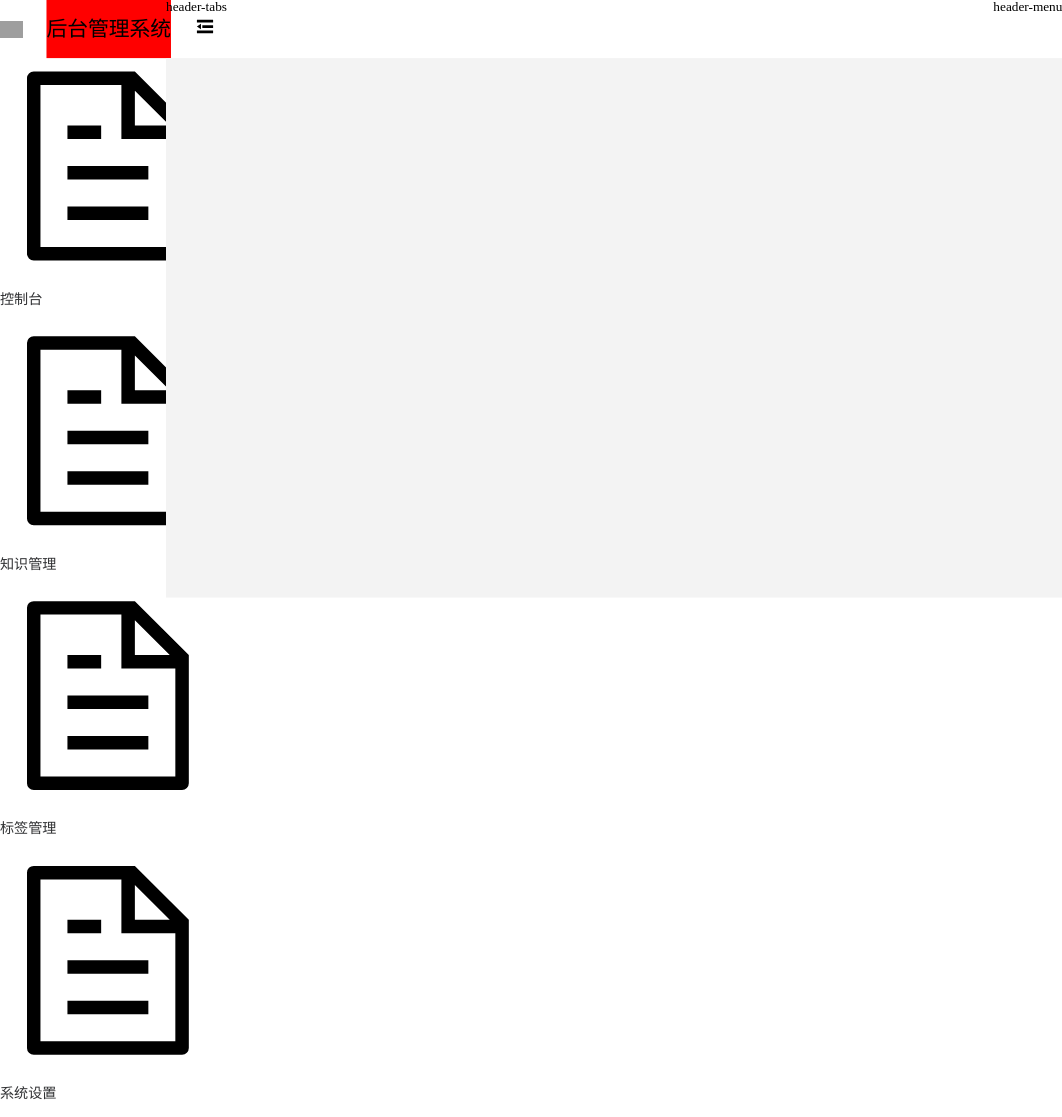
Repository: serrrN/vue-vite-template
Page: /
The author's editor kept a copy of each file at every save. The page is drawn from the files as they stood at one save, then again after the next save.
The browser window is 1280 px wide. The pictures show the whole page, at 83% of full size.
Pictures or frames that could not be fetched are drawn as grey boxes. The project was rebuilt for these pictures with package versions that can differ from the ones it lists, and the page was loaded fresh each time. Also part of the build but not shown: vite.config.ts, src/styles/index.scss.

Above is the page before, as saved 2024-06-02 16:13:20.

### src/main.ts
import { createApp } from 'vue'
import App from './App.vue'
import ElementPlus from 'element-plus'
import zhCn from 'element-plus/es/locale/lang/zh-cn'
import * as ElementPlusIconsVue from '@element-plus/icons-vue'
import router from './router'
import 'reset-css'
import "./styles/index.scss"
import pinia from "@/store/index"
const app = createApp(App)
for (const [key, component] of Object.entries(ElementPlusIconsVue)) {
  app.component(key, component)
}
app.use(pinia)
app.use(ElementPlus, { locale: zhCn })
app.use(router)
app.mount('#app')

### src/App.vue
<script setup lang="ts">

</script>

<template>
  <router-view></router-view>
</template>

<style>
*{
  box-sizing: border-box;
}
 #app,html,body{
  width: 100%;
  height: 100%;
 }
</style>

### src/router/index.ts
import { createRouter,createWebHistory } from "vue-router"
const routes = [
    {
        path: "/",
        name: "home",
        component: () => import("@/layout/index.vue")
    }
]
const router = createRouter({
    history: createWebHistory(),
    routes
})
export default router

### src/store/index.ts
import { createPinia } from 'pinia'
const pinia = createPinia()
export default pinia

### src/layout/index.vue
<template>
  <div class="layout-container">
     <div class="left">
        <Menu/>
     </div>
     <div class="right">
      <div class="header"><Header/></div>
      <div class="main"><Main/></div>
     </div>
  </div>
</template>

<script lang="ts" setup>
import Menu from "./menu/index.vue"
import Header from "./header/index.vue"
import Main from "./main/index.vue"
</script>

<style scoped lang="scss">
.layout-container{
  width: 100%;
  height: 100%;
  display: flex;
  .left{
    height: 100%;
    width: $layout-container-left-max-width;
  }
  .right{
    width: calc(100% - $layout-container-left-max-width);
    .header{
      width: 100%;
      height: $layout-container-header-height;
      display: flex;
      justify-content:space-between;
    }
    .main{
      height: calc(100% - $layout-container-header-height);
      width: 100%;
      background-color: #f3f3f3;
    }
  }
}
</style>

### src/styles/variable.scss
// 布局容器左边未塌陷宽度
$layout-container-left-max-width:200px;
// 布局容器左边塌陷后宽度
$layout-container-left-min-width:0px;

// 布局容器头部高度
$layout-container-header-height:70px;

### src/layout/menu/index.vue
<template>
  <el-menu
    default-active="2"
    class="el-menu-vertical-demo"
    :collapse="isCollapse"
    @open="handleOpen"
    @close="handleClose"
  >
    <div class="header">
      <div class="logo-wrapped">
        <img src="/vite.svg" class="logo" alt="Vite logo" />
      </div>
      <div class="name">后台管理系统</div>
      <div class="fold-icon-wrapped">
        <el-icon size="30">
          <Fold />
        </el-icon>
      </div>
    </div>

    <el-menu-item index="1">
      <el-icon><document /></el-icon>
      <span>控制台</span>
    </el-menu-item>
    <el-menu-item index="2">
      <el-icon><document /></el-icon>
      <span>知识管理</span>
    </el-menu-item>
    <el-menu-item index="3">
      <el-icon><document /></el-icon>
      <span>标签管理</span>
    </el-menu-item>
    <el-menu-item index="4">
      <el-icon><document /></el-icon>
      <span>系统设置</span>
    </el-menu-item>
  </el-menu>
</template>

<script lang="ts" setup>
import { ref } from 'vue'

const isCollapse = ref(false)
const handleOpen = (key: string, keyPath: string[]) => {
  console.log(key, keyPath)
}
const handleClose = (key: string, keyPath: string[]) => {
  console.log(key, keyPath)
}
</script>

<style lang="scss" scoped>
.el-menu {
  height: 100%;
  .header {
    display: flex;
    height: 70px;
    line-height: 70px;
    justify-content: space-between;
    .logo-wrapped{
      line-height:50px ;
      height: 100%;
      display: flex;
      align-items: center;
      justify-content: center;
      .logo{
        width: 28px;
      }
    }
    .name {
      text-align: center;
      font-size: 25px;
      background-color: red;
    }
    .fold-icon-wrapped{
      width: 10%;
    }
  }

  .el-menu-item span {
    color: rgb(48, 49, 51);
    font-weight: 400;
    font-size: 17px;
    line-height: 56px;
    font-family: 'Helvetica Neue', Helvetica, 'PingFang SC', 'Hiragino';
  }
}
.el-menu-vertical-demo:not(.el-menu--collapse) {
  width: 260px;
  min-height: 400px;
}
</style>

### src/layout/header/index.vue
<template>
 <Tabs/>
 <Menu/>
</template>
<script setup lang="ts">
import Tabs from "./tabs/index.vue"
import Menu from "./menu/index.vue"
</script>
<style lang="scss" scoped>

</style>

### src/layout/main/index.vue
<template>
    <router-view></router-view>
</template>
<script setup lang="ts">

</script>
<style lang="scss" scoped>

</style>

### src/layout/header/tabs/index.vue
<template>
<div class="header-tabs">header-tabs</div>
</template>
<script setup lang="ts">

</script>
<style lang="scss" scoped>

</style>

### src/layout/header/menu/index.vue
<template>
<div class="header-menu">header-menu</div>
</template>
<script setup lang="ts">

</script>
<style lang="scss" scoped>

</style>

Loaded but not shown: index.html (common file)

After the next save:
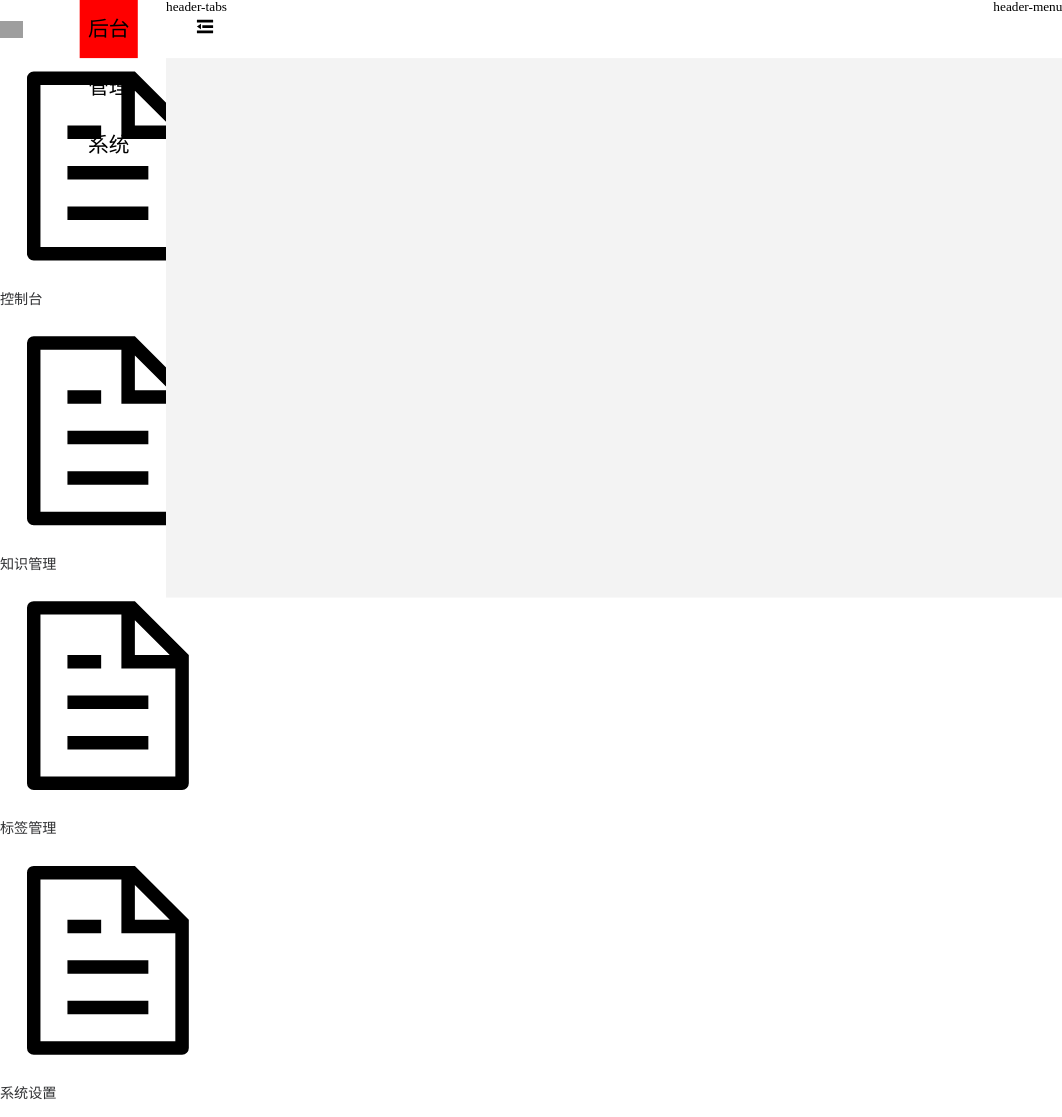
Saved 40 s later.
--- a/src/layout/menu/index.vue
+++ b/src/layout/menu/index.vue
@@ -63,6 +63,7 @@
       display: flex;
       align-items: center;
       justify-content: center;
+      width: 28px;
       .logo{
         width: 28px;
       }
@@ -71,6 +72,7 @@
       text-align: center;
       font-size: 25px;
       background-color: red;
+      width: 70px;
     }
     .fold-icon-wrapped{
       width: 10%;

After the save that followed:
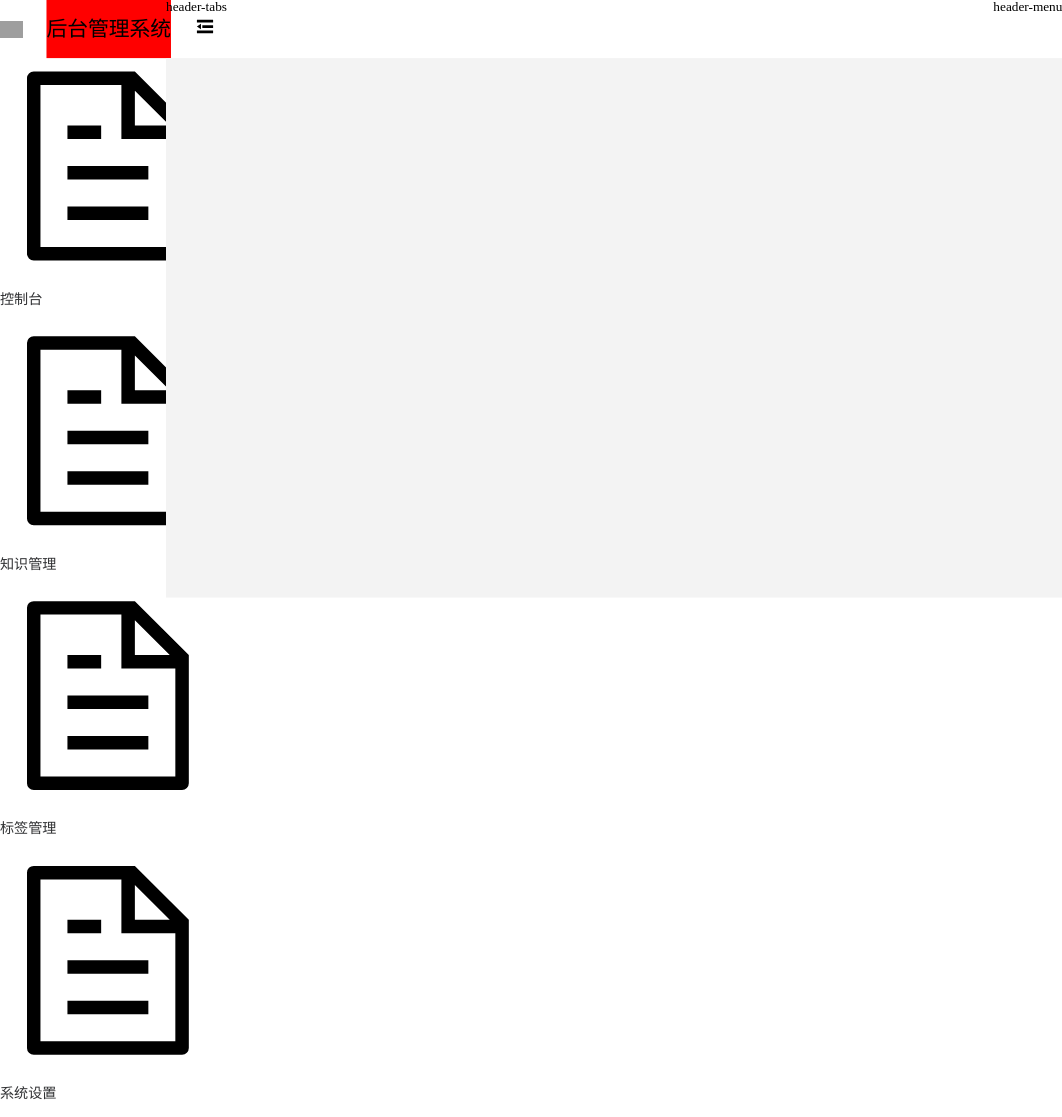
Saved 27 s later.
--- a/src/layout/menu/index.vue
+++ b/src/layout/menu/index.vue
@@ -72,7 +72,7 @@
       text-align: center;
       font-size: 25px;
       background-color: red;
-      width: 70px;
+      width: 150px;
     }
     .fold-icon-wrapped{
       width: 10%;
